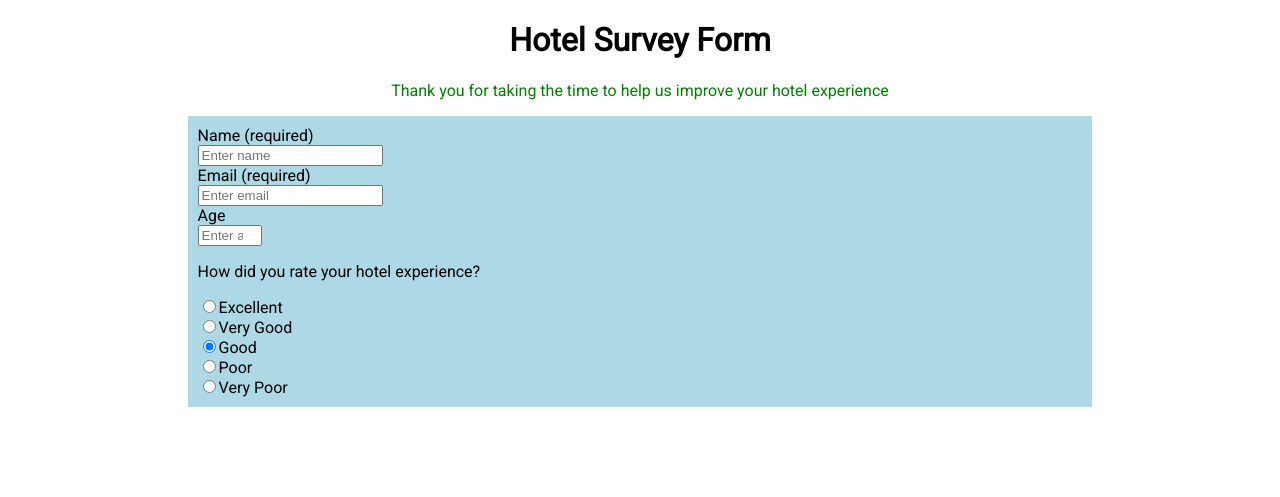
Repository: derektypist/survey-form
Page: index.html
The author's editor kept a record of every edit. The page is drawn from the files as they stood at one moment, then again after the next edit.
The browser window is 1280 px wide. The pictures show the whole page.

Above is the page before.

After the next edit:
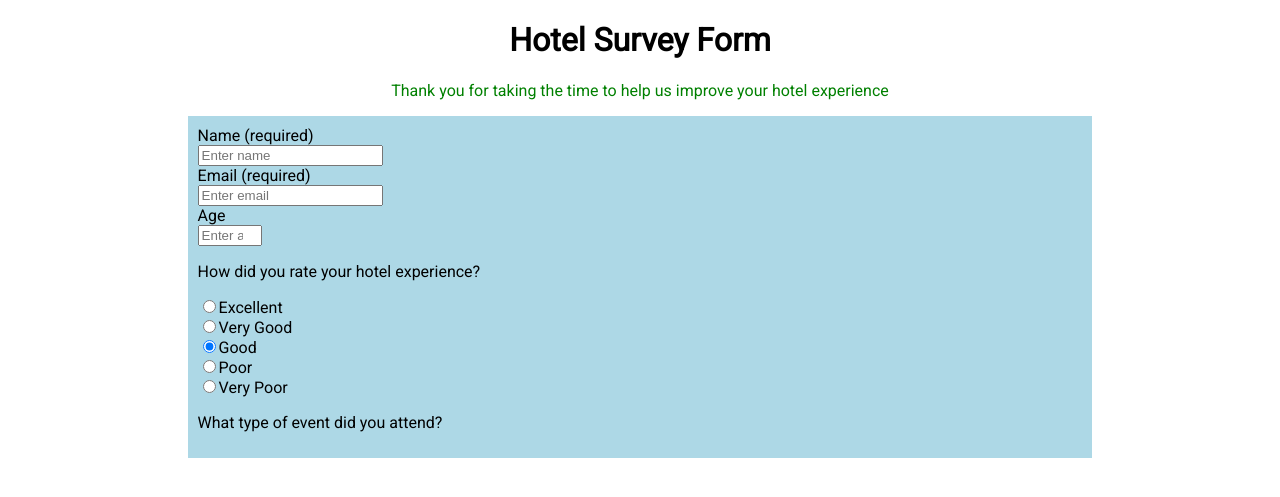
The edit:
--- a/index.html
+++ b/index.html
@@ -75,6 +75,8 @@
                 <input type="radio" name="experience" value="verypoor">Very Poor
                 <br>
 
+                <!-- Set up Dropdown List -->
+                <p>What type of event did you attend?</p>
 
             </form>
         </section>
